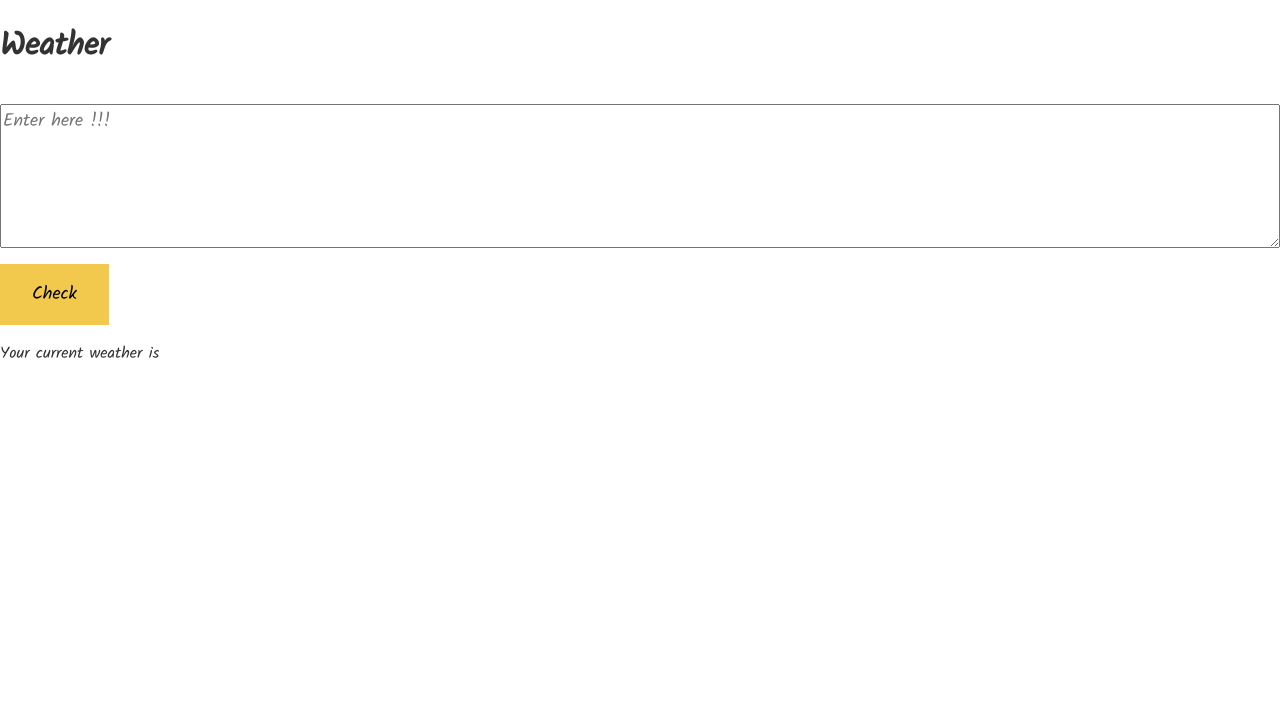
Repository: Irfan-vit/openapi
Page: index.html
The author's editor kept a copy of each file at every save. The page is drawn from the files as they stood at one save, then again after a run of saves.
The browser window is 1280 px wide. The pictures show the whole page.

Above is the page before, as saved 2021-05-27 23:15:16.

### index.html
<!DOCTYPE html>
<html lang="en">
<head>
    <meta charset="UTF-8">
    <meta http-equiv="X-UA-Compatible" content="IE=edge">
    <meta name="viewport" content="width=device-width, initial-scale=1.0">
    <title>Api</title>
    <link rel="stylesheet" href="style.css">
</head>
<body>

    <h1>Weather</h1>

    <textarea name="" id="txt-input" class="t-area" placeholder="Enter here !!!"></textarea>

    <button id="btn-translate">
        Check
    </button>

    <div>Your current weather is</div>

    <div id="output" class="t-area">

    </div>






    <script src="app.js" type="text/javascript"></script>
</body>
</html>

### style.css
@import url('https://fonts.googleapis.com/css2?family=Kalam&display=swap');

* {
    box-sizing: border-box;
}

:root {
    --primary: #F2C94C;
    --black: #333333;
    --width-break:600px
}

body {
    margin: 0;
    font-family: 'Kalam', cursive;
    color: #333333;
}

nav {
    background-color: var(--primary);
    text-align: center;
}

main {
    margin: auto;
    padding: 1rem;
    max-width: var(--width-break);
}

textarea {
    box-sizing: border-box;
    display: block;
    width: 100%;
    min-height: 20vh;
    margin-top: 2rem;
    font-size: large;
    font-family: inherit;
}

button {
    background-color: var(--primary);
    border: none;
    margin: 1rem 0rem;
    padding: 1rem 2rem;
    font-family: 'Kalam', cursive;
    font-size: large;
}


#translate-output {
    box-sizing: border-box;
    width: 100%;
    min-height: 10vh;
    max-height: 20vh;
    overflow:scroll;
    border: 1px solid var(--black);
}

footer {
    position: fixed;
    bottom: 0;
    width: 100%;
    padding: 1rem;
    background-color: var(--primary);
    text-align: center;
}

footer p {
    max-width: var(--width-break);
    margin: auto;
}

### app.js
var btnTranslate = document.querySelector("#btn-translate");
var txtInput = document.querySelector("#txt-input");
var outputDiv = document.querySelector('#output')
var serverURL = "https://api.openweathermap.org/data/2.5/weather?q="
var key = "&appid=49257f6591cfc3ed8daf0b5970d519cb"

function getTranslationURL(text) {
    return serverURL + text + key
}

function errorHandler(error) {
    console.log("error occured", error)
    alert("something went wrong  :  " + error)
}

function clickHandler() {
    // outputDiv.innerText = "translated  " + txtInput.value + "  To : bababbababababababa ";

    var inputText = txtInput.value;

    fetch(getTranslationURL(inputText))
        .then(response => response.json())
        .then(json => {
            var translatedText = "Country : " + json['sys']['country'] + " | tempreature : " + json['main']['temp'] + " | weather : " +  json['weather'][0]['description'] + " | longitude : " + json['coord']['lon'] + " | latitude : " + json['coord']['lat'] + " | wind speed : " + json['wind']['speed'] + " | Wind direction, degrees : " + json['wind']['deg'];
            outputDiv.innerText = translatedText;
            })
    };


btnTranslate.addEventListener("click", clickHandler)

After the next 3 saves:
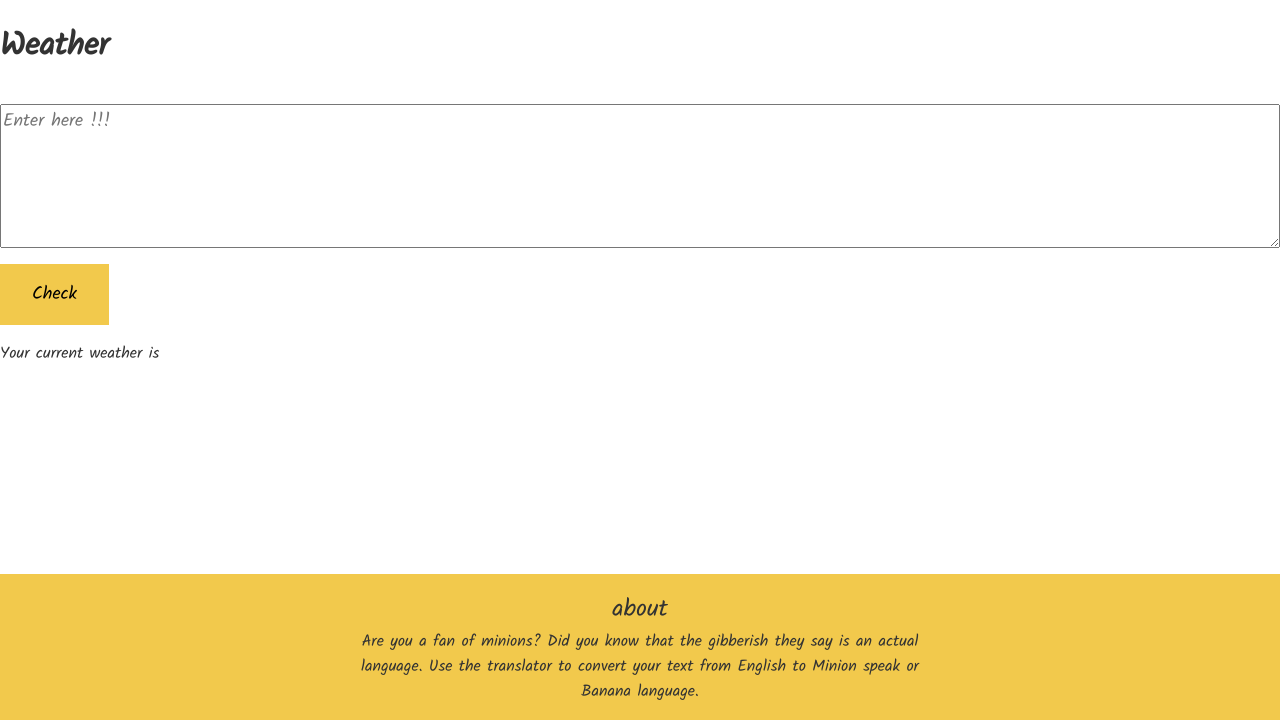
The 3 saves are shown as one change because they came seconds apart.
The last was saved 72 s later.
--- a/index.html
+++ b/index.html
@@ -1,5 +1,6 @@
 <!DOCTYPE html>
 <html lang="en">
+
 <head>
     <meta charset="UTF-8">
     <meta http-equiv="X-UA-Compatible" content="IE=edge">
@@ -7,6 +8,7 @@
     <title>Api</title>
     <link rel="stylesheet" href="style.css">
 </head>
+
 <body>
 
     <h1>Weather</h1>
@@ -24,10 +26,15 @@
     </div>
 
 
-
+    <footer>
+        <div style="font-size: x-large;">about</div>
+        <p>Are you a fan of minions? Did you know that the gibberish they say is an actual language. Use the translator
+            to convert your text from English to Minion speak or Banana language.</p>
+    </footer>
 
 
 
     <script src="app.js" type="text/javascript"></script>
 </body>
+
 </html>
